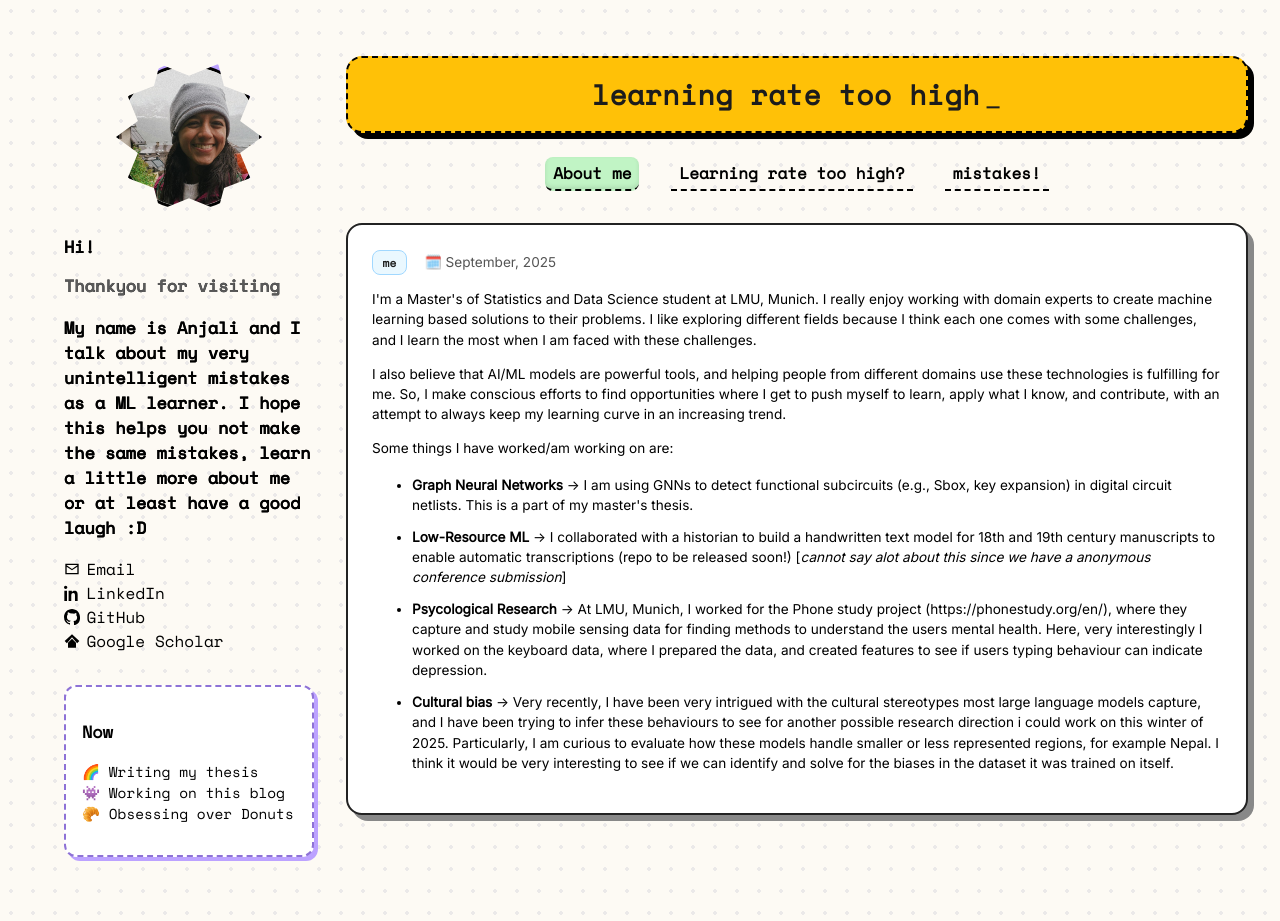
Repository: anjalisarawgi/learning_rate_too_high
Page: index.html
An editor plug-in stored every save of this project. The page is shown before and after the next save, followed by the edit.
The browser window is 1280 px wide. The pictures show the whole page.

Above is the page before, as saved 2025-11-03 10:14:35.

After the next save:
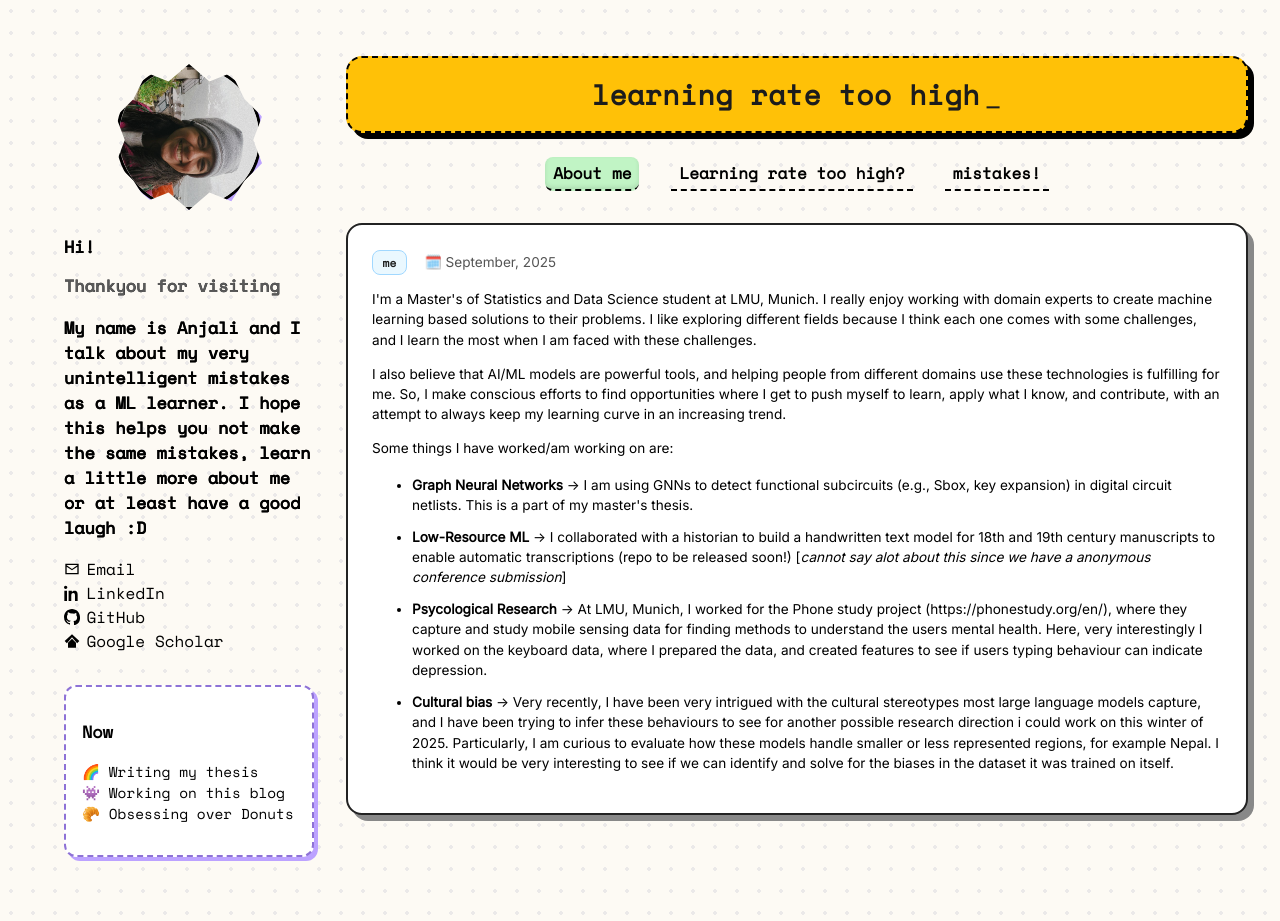
Saved 73 s later.
--- a/index.html
+++ b/index.html
@@ -160,16 +160,18 @@
   border: 3px solid #000;
   box-shadow: 4px 4px 0 #bca2ff;
   background-color: #fff8e1;
+
+  /* Balanced 10-petal flower shape */
+  clip-path: polygon(
+    50% 0%, 64% 12%, 79% 6%, 88% 24%, 100% 36%,
+    94% 52%, 100% 68%, 88% 80%, 79% 94%, 64% 88%,
+    50% 100%, 36% 88%, 21% 94%, 12% 80%, 0% 68%,
+    6% 52%, 0% 36%, 12% 24%, 21% 6%, 36% 12%
+  );
+
   border-radius: 50%;
-
-  /* This makes a flower shape! */
-  clip-path: polygon(
-    50% 0%, 61% 15%, 78% 8%, 85% 26%, 100% 30%,
-    92% 50%, 100% 70%, 85% 74%, 78% 92%, 61% 85%,
-    50% 100%, 39% 85%, 22% 92%, 15% 74%, 0% 70%,
-    8% 50%, 0% 30%, 15% 26%, 22% 8%, 39% 15%
-  );
-  transform: rotate(-90deg);
+  transform: rotate(0deg);
+  transition: all 0.3s ease;
 }
     .cute-photo:hover {
   transform: rotate(2deg) scale(1.05);

After the save that followed:
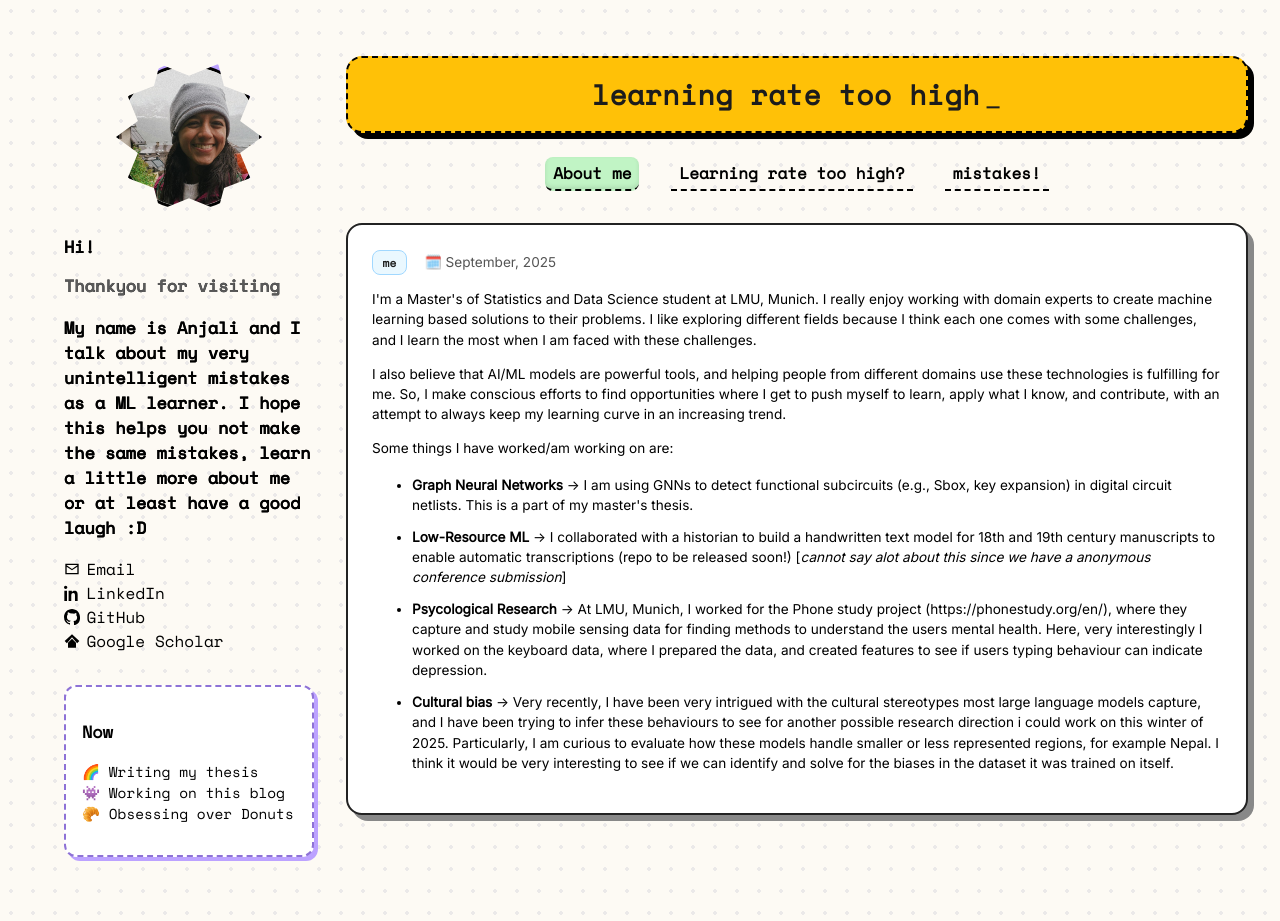
Saved 7 s later.
--- a/index.html
+++ b/index.html
@@ -160,18 +160,16 @@
   border: 3px solid #000;
   box-shadow: 4px 4px 0 #bca2ff;
   background-color: #fff8e1;
-
-  /* Balanced 10-petal flower shape */
+  border-radius: 50%;
+
+  /* This makes a flower shape! */
   clip-path: polygon(
-    50% 0%, 64% 12%, 79% 6%, 88% 24%, 100% 36%,
-    94% 52%, 100% 68%, 88% 80%, 79% 94%, 64% 88%,
-    50% 100%, 36% 88%, 21% 94%, 12% 80%, 0% 68%,
-    6% 52%, 0% 36%, 12% 24%, 21% 6%, 36% 12%
+    50% 0%, 61% 15%, 78% 8%, 85% 26%, 100% 30%,
+    92% 50%, 100% 70%, 85% 74%, 78% 92%, 61% 85%,
+    50% 100%, 39% 85%, 22% 92%, 15% 74%, 0% 70%,
+    8% 50%, 0% 30%, 15% 26%, 22% 8%, 39% 15%
   );
-
-  border-radius: 50%;
-  transform: rotate(0deg);
-  transition: all 0.3s ease;
+  transform: rotate(-90deg);
 }
     .cute-photo:hover {
   transform: rotate(2deg) scale(1.05);
